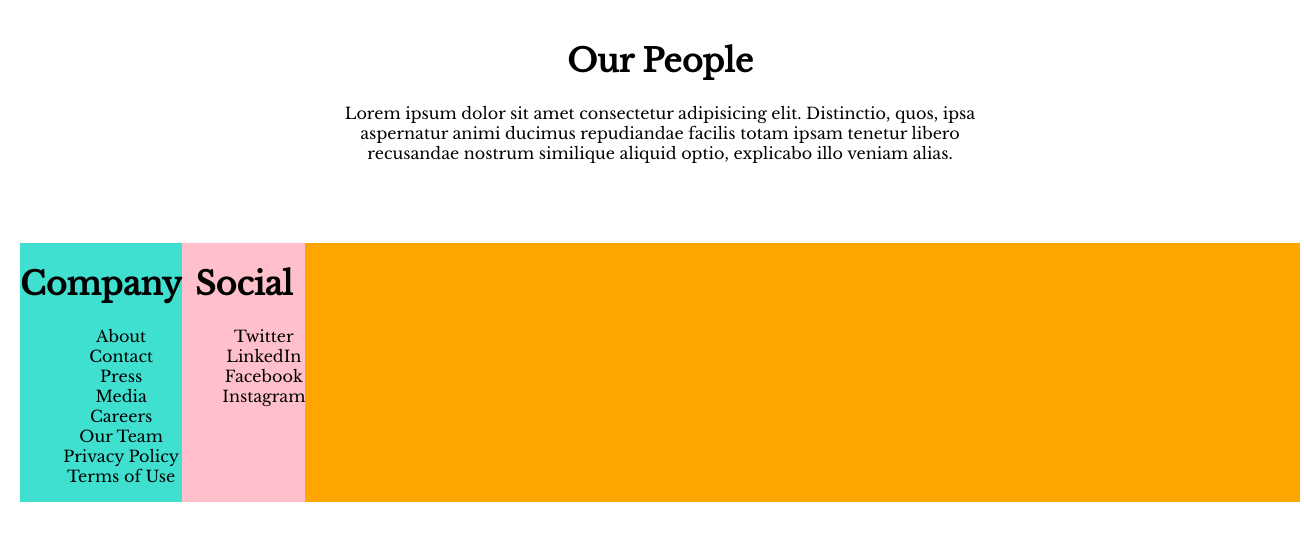
Repository: Tsardines/app
Page: / (app in my-app/)
The author's editor kept a copy of each file at every save. The page is drawn from the files as they stood at one save, then again after the next save.
The browser window is 1280 px wide. The page is 1304 px wide, so the pictures cover 1304 px, including what lies to the right of the window. The pictures show the whole page.
The page's requests for data from a server got no answer. The project was rebuilt for these pictures with package versions that can differ from the ones it lists, and the page was loaded fresh each time. No one was signed in, and anything a server would have sent is missing.

Above is the page before, as saved 2018-11-14 19:08:49.

After the next save:
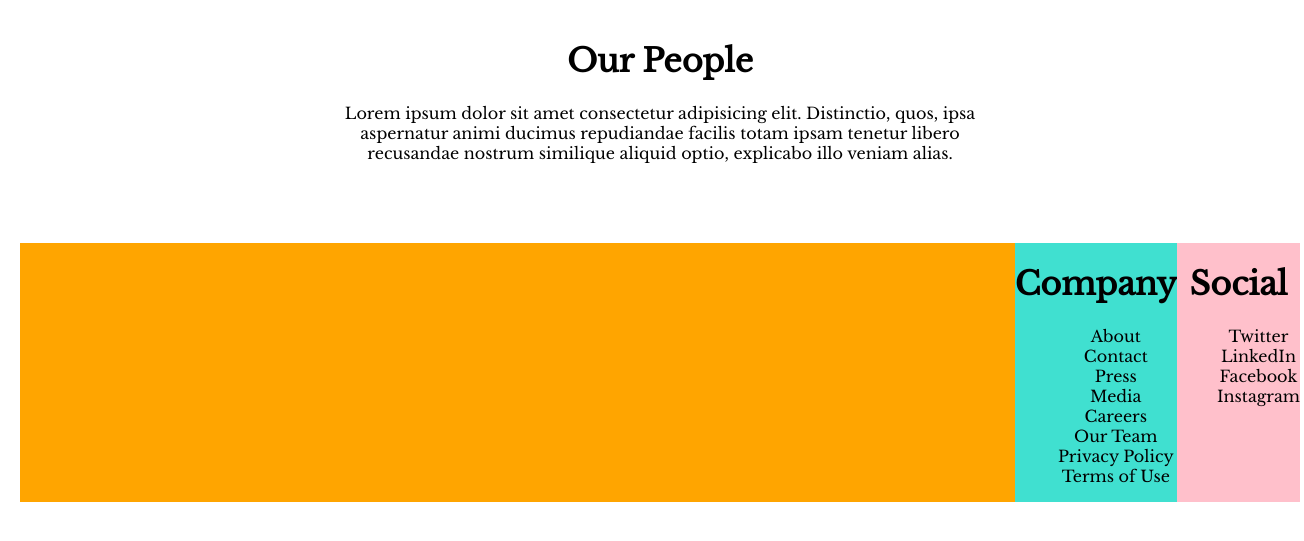
Saved 6 s later.
--- a/my-app/src/components/Footer.css
+++ b/my-app/src/components/Footer.css
@@ -1,6 +1,7 @@
 .footer {
     background-color: orange;
     display: flex;
+    justify-content: flex-end;
     width: 100%;
 }
 

After the save that followed:
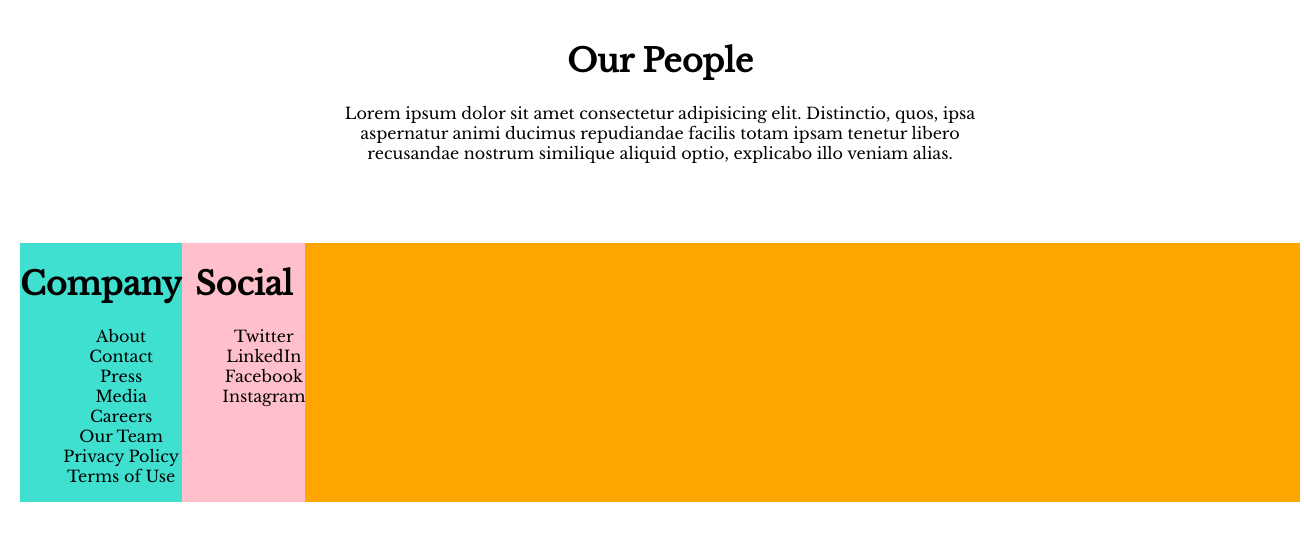
Saved 6 s later.
--- a/my-app/src/components/Footer.css
+++ b/my-app/src/components/Footer.css
@@ -1,7 +1,7 @@
 .footer {
     background-color: orange;
     display: flex;
-    justify-content: flex-end;
+    justify-content: flex-end space-between;
     width: 100%;
 }
 
